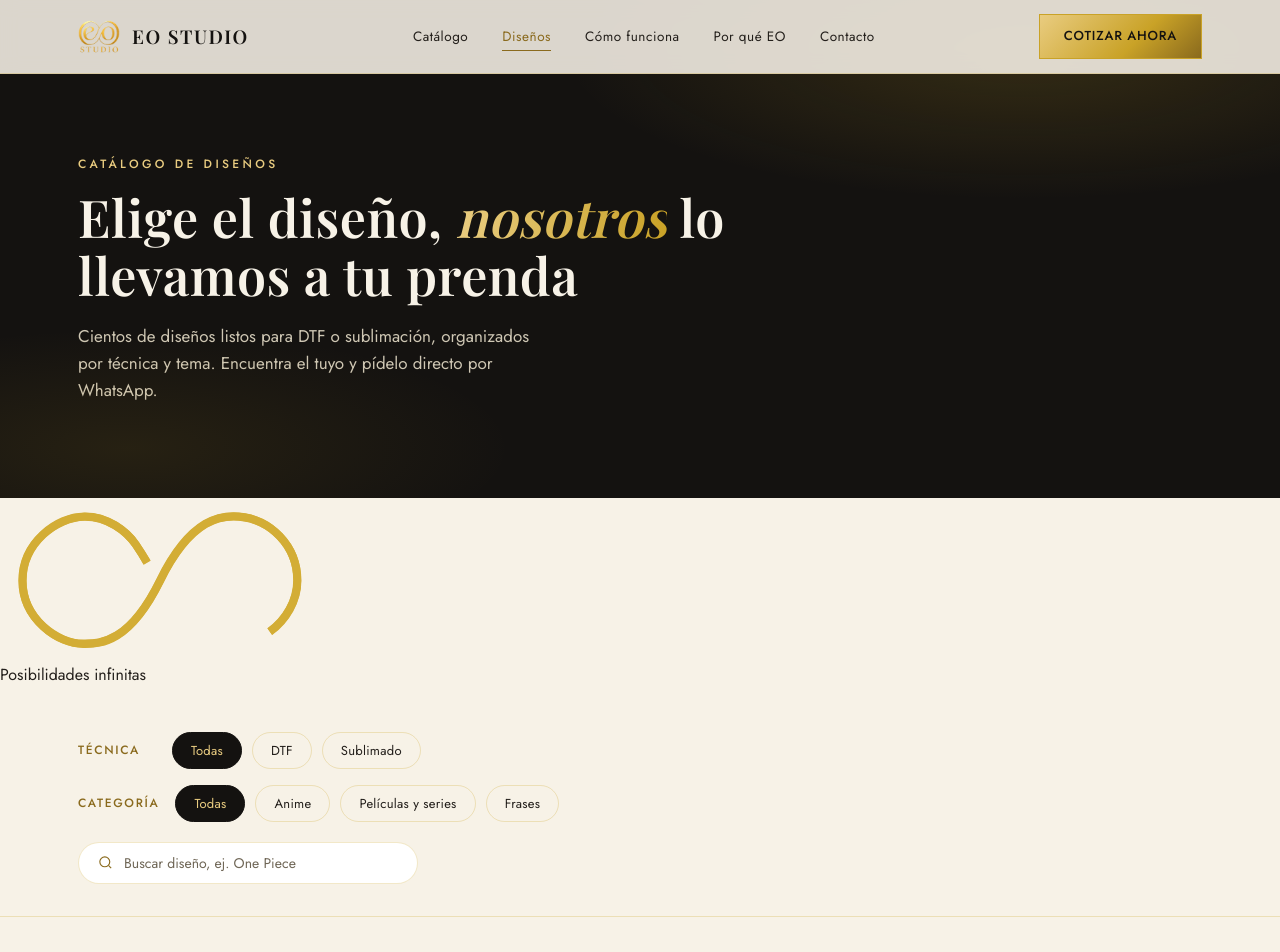
Repository: JAVIERYESE/EO_STUDIO
Page: disenos.html
The author's editor kept a copy of each file at every save. The page is drawn from the files as they stood at one save, then again after the next save.
The browser window is 1280 px wide. The pictures show the part of the page from y = 0 to 952 px (the page is 2754 px tall before and 2695 px after).
Pictures or frames that could not be fetched are drawn as grey boxes. Some web fonts or font styles are not loaded; a fallback is used.

Above is the page before, as saved 2026-08-30 12:13:40.

After the next save:
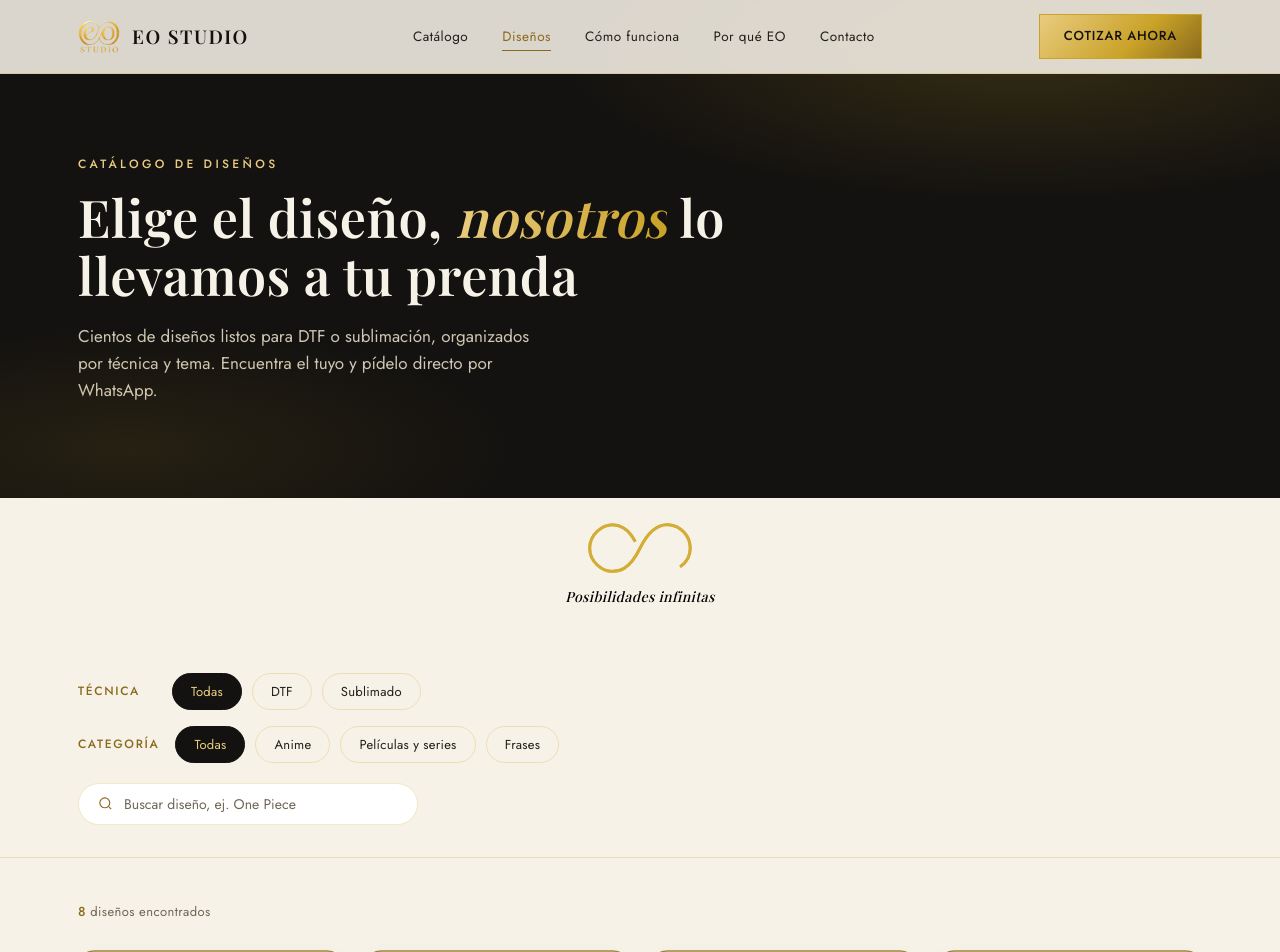
Saved 30 s later.
--- a/disenos.css
+++ b/disenos.css
@@ -184,3 +184,39 @@
   .diseno-info h3{font-size:14px;}
   .filtro-buscador{max-width:100%;}
 }
+
+/* =====contenedor infinito === */
+/* Contenedor alineado al centro exacto */
+.mini-infinity-container {
+  display: flex;
+  flex-direction: column;
+  justify-content: center;
+  align-items: center;
+  width: 100%;
+  margin: 0 auto;
+  padding: 20px 0;
+  text-align: center;
+}
+
+/* Tamaño del Lottie en la sección clara */
+.mini-infinity-container lottie-player {
+  width: 120px;
+  height: 60px;
+  display: block;
+  margin: 0 auto;
+}
+
+/* Estilo del texto debajo del infinito */
+.mini-infinity-tag {
+  margin-top: 8px;
+  width: 100%;
+}
+
+.mini-infinity-tag span {
+  display: block;
+  font-family: 'Playfair Display', serif;
+  font-style: italic;
+  color: #000000; /* Color oscuro para resaltar sobre el fondo claro */
+  font-size: 14px;
+  letter-spacing: 0.03em;
+}
